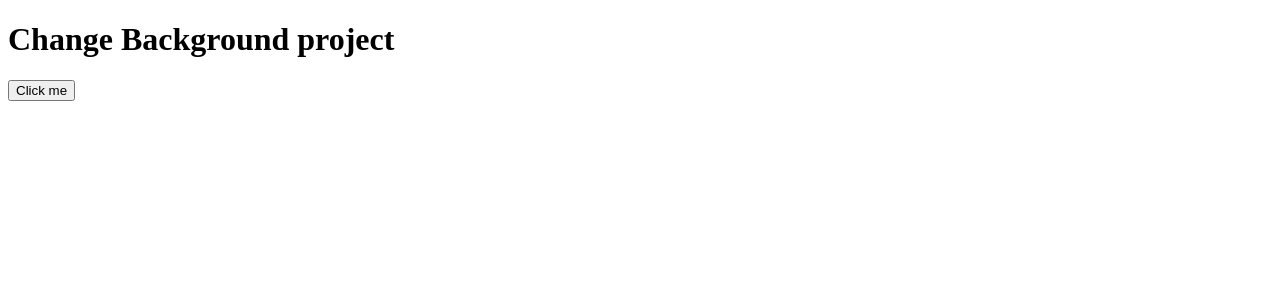
Repository: NiutaR/changeColors-dom
Page: index.html
An editor plug-in stored every save of this project. The page is shown before and after a run of saves, followed by the edit.
The browser window is 1280 px wide. The pictures show the whole page.

Above is the page before, as saved 2021-07-20 15:43:11.

### index.html
<!DOCTYPE html>
<html lang="en">

<head>
    <meta charset="UTF-8">
    <meta http-equiv="X-UA-Compatible" content="IE=edge">
    <meta name="viewport" content="width=device-width, initial-scale=1.0">
    <title>Change Background project</title>
</head>

<body>
    <div id="div1">
        <h1>Change Background project</h1>

    </div>

<script src="index.js"></script>

</body>

</html>

### index.js
/*let newBtn = document.createElement('button');
newBtn.id = 'btnId';*/

const btn = document.createElement('button');
const node = document.createTextNode('Click me');
btn.appendChild(node);

const element = document.getElementById('div1');
element.appendChild(btn);

element.style.textAlign

After the next 2 saves:
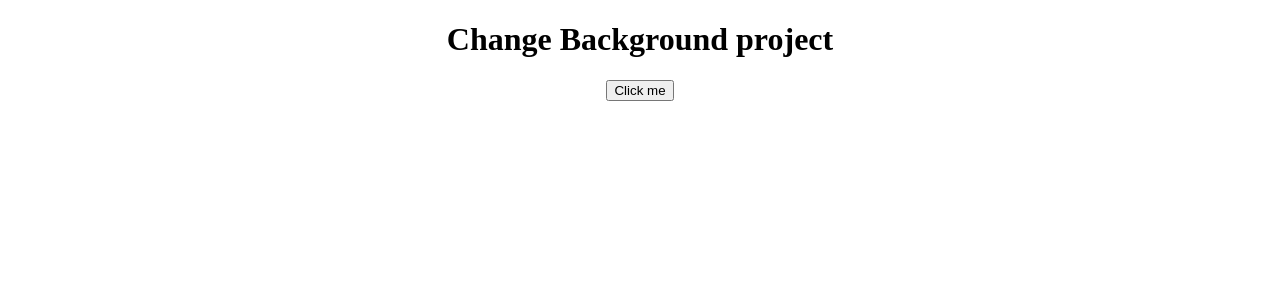
The 2 saves are shown as one change because they came seconds apart.
The last was saved 9 s later.
--- a/index.js
+++ b/index.js
@@ -8,4 +8,4 @@
 const element = document.getElementById('div1');
 element.appendChild(btn);
 
-element.style.textAlign
+element.style.textAlign = 'center';
